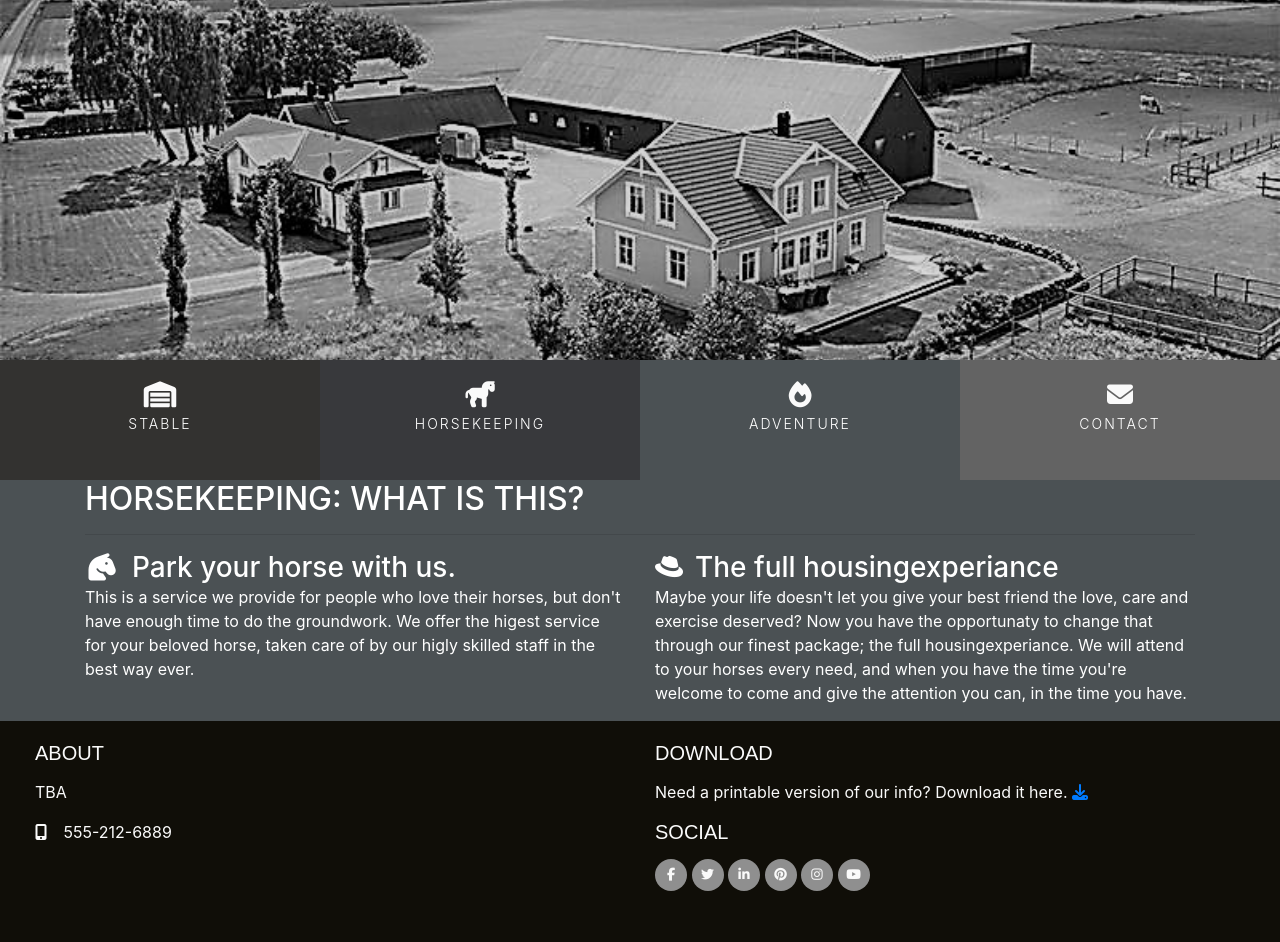
Repository: Jadehammar/frontendmilestone
Page: horsekeeping.html
The author's editor kept a record of every edit. The page is drawn from the files as they stood at one moment, then again after the next edit.
The browser window is 1280 px wide. The pictures show the whole page.
Backgrounds fixed to the window are drawn as part of the page. Some web libraries are served in a nearby version.

Above is the page before.

After the next edit:
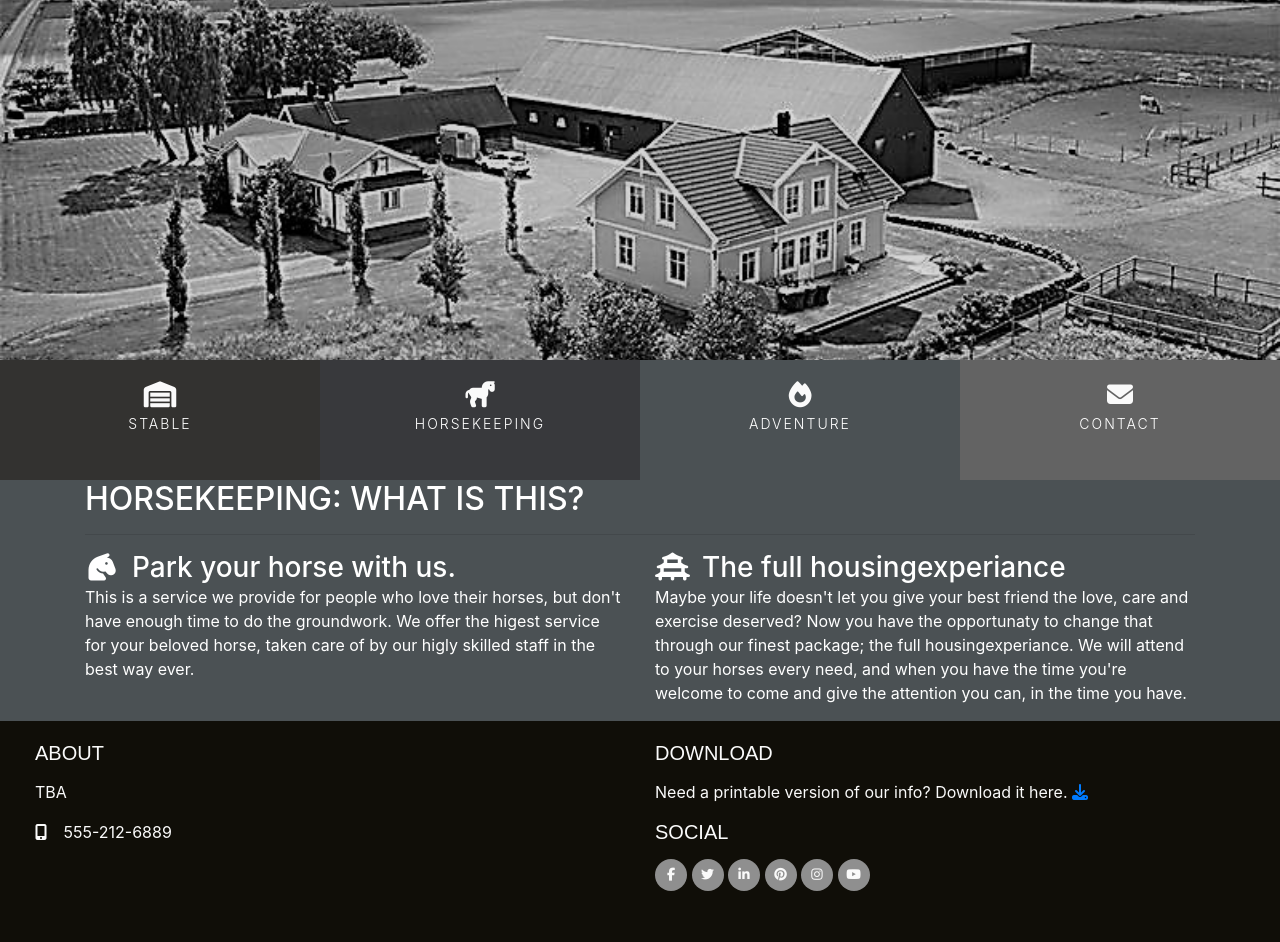
The edit:
--- a/horsekeeping.html
+++ b/horsekeeping.html
@@ -58,7 +58,7 @@
                     </div>
                     <div class="col-12 col-md-6">
                         <div class="feature">
-                            <h3><i class="fab fa-redhat" style="padding-right: 12px;">
+                            <h3><i class="fas fa-vihara" style="padding-right: 12px;">
                             </i>The full housingexperiance</h3>
                             <p>Maybe your life doesn't let you give your best friend the love, care and exercise deserved? Now you have the opportunaty to change that through our finest package; the full housingexperiance. We will attend to your horses every
                                 need, and when you have the time you're welcome to come and give the attention you can, in the time you have.</p>
